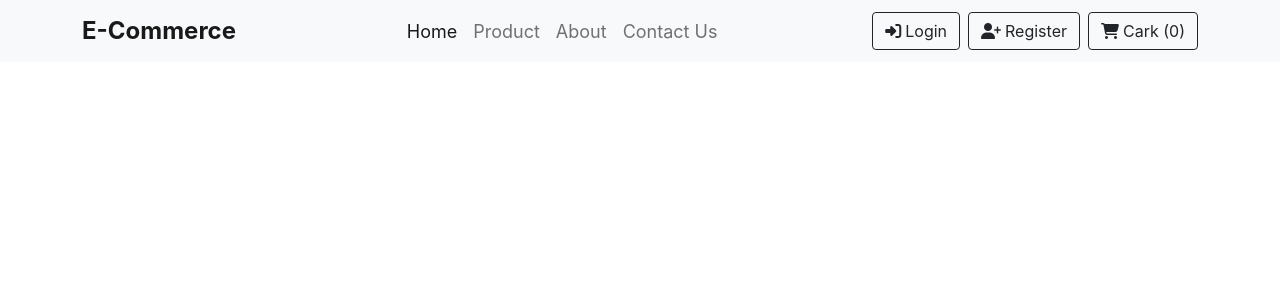
Repository: Sanjayjangra88/online_shop
Page: /cart
An editor plug-in stored every save of this project. The page is shown before and after the next save, followed by the edit.
The browser window is 1280 px wide. The pictures show the whole page.
Some web libraries are served in a nearby version. The project was rebuilt for these pictures with package versions that can differ from the ones it lists, and the page was loaded fresh each time.

Above is the page before, as saved 2022-03-29 20:01:27.

After the next save:
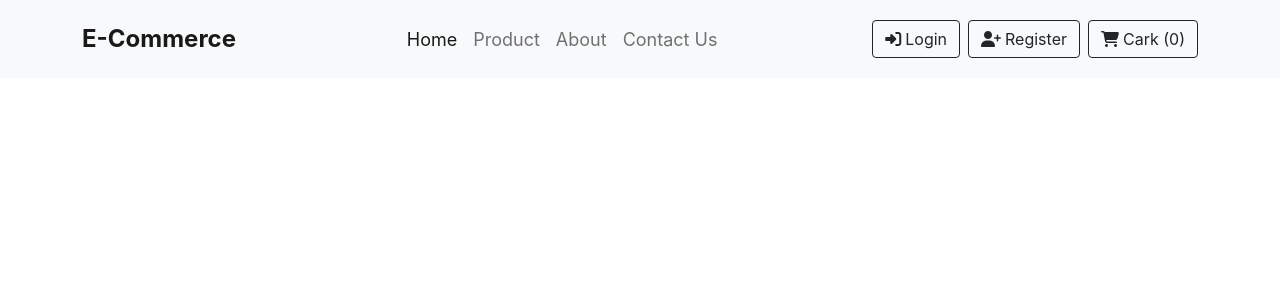
Saved 28 s later.
--- a/src/components2/Navbar.js
+++ b/src/components2/Navbar.js
@@ -3,7 +3,7 @@
 function Navbar() {
     return (
         <div>
-            <nav className="navbar navbar-expand-lg navbar-light bg-light">
+            <nav className="navbar navbar-expand-lg navbar-light bg-light py-3">
                 <div className="container">
                     <a className="navbar-brand fw-bold fs-4" href="#">E-Commerce</a>
                     <button className="navbar-toggler" type="button" data-bs-toggle="collapse" data-bs-target="#navbarSupportedContent" aria-controls="navbarSupportedContent" aria-expanded="false" aria-label="Toggle navigation">
